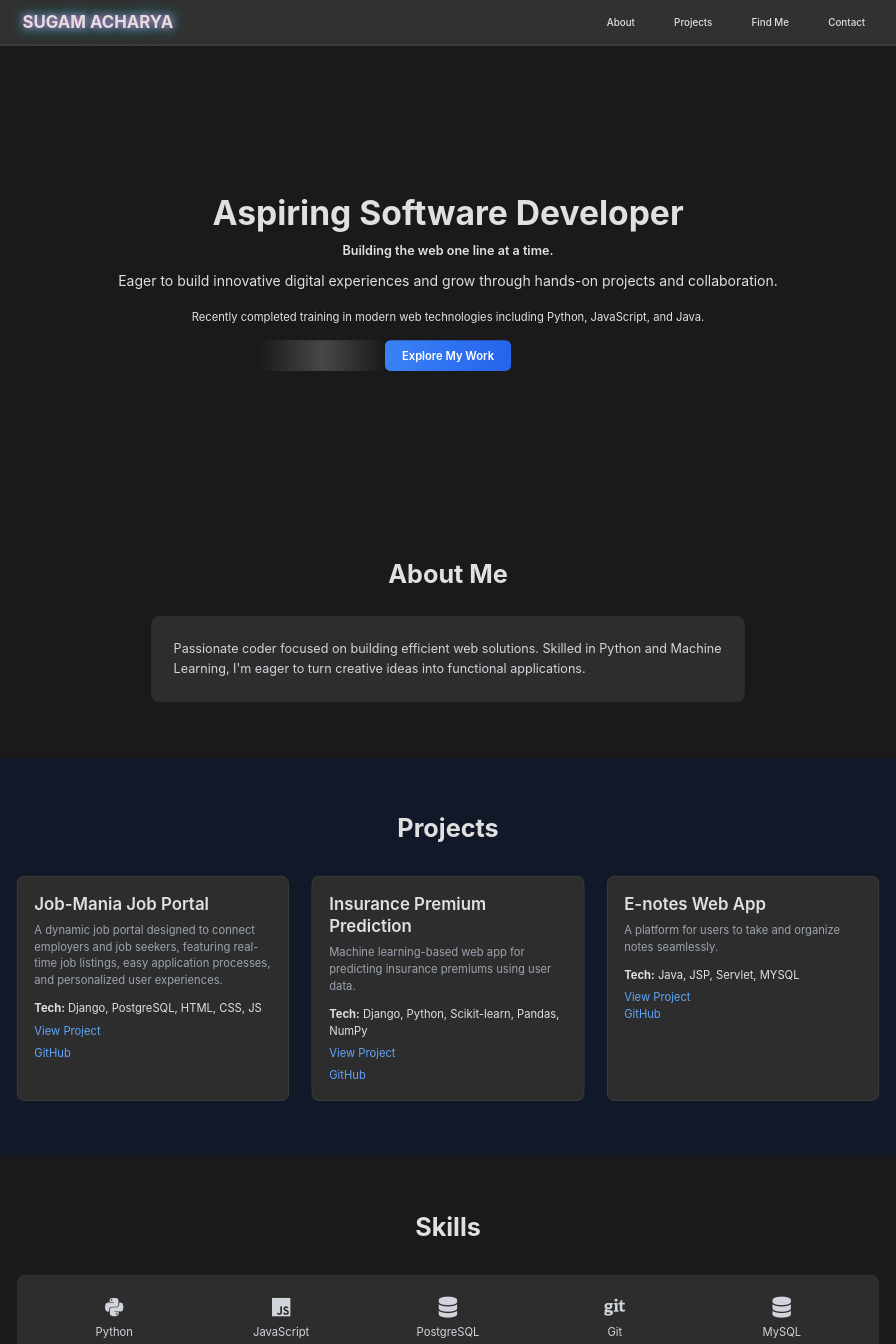
Repository: Sugaam0/Portfolio
Page: portfolio/home/templates/home/index.html
The author's editor kept a copy of each file at every save. The page is drawn from the files as they stood at one save, then again after the next save.
The browser window is 1280 px wide. The pictures show the part of the page from y = 0 to 1920 px (the page is 3234 px tall), at 70% of full size.
The template is drawn by Django 5.2. The application's start-up code is not run. Other server files are loaded and not shown. The template is opened directly, without the code that normally fills it, so the values that code supplies are empty.

Above is the page before, as saved 2025-05-09 17:53:24.

### portfolio/home/templates/home/index.html
{% load static %}
<!DOCTYPE html>
<html lang="en">
<head>
  <meta charset="UTF-8" />
  <meta name="viewport" content="width=device-width, initial-scale=1.0"/>
  <title>| Sugam Acharya |</title>
  <link href="https://cdn.jsdelivr.net/npm/tailwindcss@2.2.19/dist/tailwind.min.css" rel="stylesheet"/>
  <link rel="stylesheet" href="https://cdnjs.cloudflare.com/ajax/libs/font-awesome/6.0.0-beta3/css/all.min.css"/>
  <link rel="stylesheet" href="{% static 'css/style.css' %}">
</head>
<body class="antialiased scroll-smooth">

{% include 	"home/navbar.html" %}
<!-- Hero Section -->
<section id="home" class="min-h-screen flex items-center justify-center pt-20">
  <div class="container mx-auto px-6 text-center">
    <h1 class="text-5xl font-bold mb-4">Aspiring Software Developer</h1>
    <p class="text-lg text-accent mb-4">
      <span id="typed-text" class="font-semibold">Building the web one line at a time.</span>
    </p>
    <p class="text-xl text-secondary mb-6">
      Eager to build innovative digital experiences and grow through hands-on projects and collaboration.
    </p>
    <p class="text-md text-secondary mb-8">
      Recently completed training in modern web technologies including Python, JavaScript, and Java.
    </p>
    <a href="#projects" class="btn-accent px-6 py-3 rounded-lg font-semibold">Explore My Work</a>
  </div>
</section>

<!-- About Section -->
<section id="about" class="py-20">
  <div class="container mx-auto px-6 max-w-4xl">
    <h2 class="text-4xl font-bold text-center mb-10">About Me</h2>
    <div class="section-bg p-8">
      <p class="text-lg leading-relaxed text-gray-300">
        Passionate coder focused on building efficient web solutions. Skilled in Python and Machine Learning, I'm eager to turn creative ideas into functional applications.
      </p>
    </div>
  </div>
</section>

<!-- Projects -->
<section id="projects" class="py-20 bg-gray-900">
    <div class="container mx-auto px-6">
      <h2 class="text-4xl font-bold text-center mb-12">Projects</h2>
      <div class="grid grid-cols-1 sm:grid-cols-2 lg:grid-cols-3 gap-8">
        <!-- Project Cards -->
        <div class="project-card section-bg p-6">
          <h3 class="text-2xl font-semibold mb-2">Job-Mania Job Portal</h3>
          <p class="text-gray-400 mb-4">A dynamic job portal designed to connect employers and job seekers, featuring real-time job listings, easy application processes, and personalized user experiences.</p>
          <p><strong>Tech:</strong> Django, PostgreSQL, HTML, CSS, JS</p>
          <a href="#" class="text-blue-400 hover:underline mt-2 inline-block">View Project</a><br>
          <a href="https://github.com/Sugaam0/JobMania-JobPortal" class="text-blue-400 hover:underline mt-2 inline-block" target="_blank">GitHub</a>
        </div>
        <div class="project-card section-bg p-6">
          <h3 class="text-2xl font-semibold mb-2">Insurance Premium Prediction</h3>
          <p class="text-gray-400 mb-4">Machine learning-based web app for predicting insurance premiums using user data.</p>
          <p><strong>Tech:</strong> Django, Python, Scikit-learn, Pandas, NumPy</p>
          <a href="#" class="text-blue-400 hover:underline mt-2 inline-block">View Project</a><br>
          <a href="https://github.com/Sugaam0/insurance-Premium-Prediction" class="text-blue-400 hover:underline mt-2 inline-block" target="_blank">GitHub</a>

        </div>
        <div class="project-card section-bg p-6">
            <h3 class="text-2xl font-semibold mb-2">E-notes Web App</h3>
            <p class="text-gray-400 mb-4">A platform for users to take and organize notes seamlessly.</p>
            <p><strong>Tech:</strong> Java, JSP, Servlet, MYSQL</p>
            <div class="mt-2">
                <a href="#" class="text-blue-400 hover:underline inline-block mr-4">View Project</a><br>
                <a href="https://github.com/Sugaam0/ProjectFinal-Online-Notepad" class="text-blue-400 hover:underline inline-block" target="_blank">GitHub</a>
            </div>
        </div>
      </div>
    </div>
  </section>


<!-- Skills -->
<section id="skills" class="py-20">
    <div class="container mx-auto px-6">
      <h2 class="text-4xl font-bold text-center mb-12">Skills</h2>
      <div class="section-bg p-8 grid grid-cols-2 md:grid-cols-5 gap-6 text-center text-gray-300">
        <div><i class="fab fa-python text-3xl mb-2 icon-hover"></i><p>Python</p></div>
        <div><i class="fab fa-js text-3xl mb-2 icon-hover"></i><p>JavaScript</p></div>
        <div><i class="fas fa-database text-3xl mb-2 icon-hover"></i><p>PostgreSQL</p></div>
        <div><i class="fab fa-git text-3xl mb-2 icon-hover"></i><p>Git</p></div>
        <div><i class="fas fa-database text-3xl mb-2 icon-hover"></i><p>MySQL</p></div>
        <div><i class="fas fa-chart-line text-3xl mb-2 icon-hover"></i><p>Data Science</p></div>
        <div><i class="fas fa-brain text-3xl mb-2 icon-hover"></i><p>Machine Learning</p></div>
        <div><i class="fab fa-python text-3xl mb-2 icon-hover"></i><p>Anaconda</p></div>
      </div>
    </div>
  </section>

  <section id="findme" class="py-20 bg-gray-800">
    <div class="container mx-auto px-6 text-center">
      <h2 class="text-4xl font-bold text-white mb-8">Find Me Online</h2>
      <p class="text-gray-400 text-lg mb-6">Let’s connect, collaborate, and grow together!</p>

      <div class="flex justify-center gap-6 text-3xl">
        <a href="https://github.com/Sugaam0" target="_blank" class="text-white hover:text-gray-400 transition-transform transform hover:scale-110">
          <i class="fab fa-github"></i>
        </a>
        <a href="https://www.linkedin.com/in/sugamacharya/" target="_blank" class="text-blue-500 hover:text-blue-300 transition-transform transform hover:scale-110">
          <i class="fab fa-linkedin"></i>
        </a>
        <a href="https://twitter.com/your_twitter" target="_blank" class="text-blue-400 hover:text-blue-200 transition-transform transform hover:scale-110">
          <i class="fab fa-twitter"></i>
        </a>
      </div>
    </div>
  </section>


<!-- Contact Section -->
<section id="contact" class="py-20 bg-gray-900">
  <div class="container mx-auto px-6">
    <h2 class="text-4xl font-bold text-center mb-12">Let's Connect</h2>
    <div class="contact-form p-8 max-w-lg mx-auto rounded-xl">
      <form action="{% url 'contact' %}" method="POST">
        {% csrf_token %}
        <div class="mb-6 relative">
          <input type="text" id="name" name="name" class="form-input w-full p-3 rounded-lg peer" placeholder=" " required>
          <label for="name" class="form-label absolute left-2 top-2 text-secondary">Your Name</label>
        </div>
        <div class="mb-6 relative">
          <input type="email" id="email" name="email" class="form-input w-full p-3 rounded-lg peer" placeholder=" " required>
          <label for="email" class="form-label absolute left-2 top-2 text-secondary">Your Email</label>
        </div>
        <div class="mb-6 relative">
          <textarea id="message" name="message" rows="5" class="form-input w-full p-3 rounded-lg peer" placeholder=" " required></textarea>
          <label for="message" class="form-label absolute left-3 top-2 text-secondary">Your Message</label>
        </div>
        <button type="submit" class="btn-accent w-full py-3 rounded-lg font-semibold flex items-center justify-center gap-2">
          <i class="fas fa-paper-plane"></i> Send Message
        </button>
      </form>
    </div>
  </div>
</section>

<!-- Find Me Section -->


<!-- Footer -->
{% include "home/footer.html" %}
</body>
</html>

### portfolio/home/templates/home/navbar.html
<!-- Navbar -->
{% comment %} <nav class="navbar fixed top-0 w-full z-50">
    <div class="container mx-auto px-6 py-5 flex justify-between items-center">
      <a href="{% url 'index' %}" class="logo text-white">Sugam Acharya</a>
      <div class="space-x-6 text-sm font-medium">
        <a href="#about" class="nav-link">About</a>
        <a href="#projects" class="nav-link">Projects</a>
        <a href="#skills" class="nav-link">Skills</a>
        <a href="#findme" class="nav-link">Find me</a>
        <a href="#contact" class="nav-link">Contact</a>

      </div>
    </div>
  </nav> {% endcomment %}
  <nav class="glass-nav fixed top-0 w-full z-50">
        <div class="max-w-7xl mx-auto px-4 sm:px-6 lg:px-8">
            <div class="flex justify-between items-center h-16">
                <!-- Logo -->
                <div class="flex-shrink-0">
                    <a href="{% url 'index' %}" class="text-2xl font-bold neon-text">SUGAM ACHARYA</a>
                </div>

                <!-- Menu Items -->
                <div class="hidden md:flex space-x-8">
                    <a href="#about" class="nav-item px-3 py-2 text-sm font-medium hover:text-pink-400">About</a>
                    <a href="#projects" class="nav-item px-3 py-2 text-sm font-medium hover:text-pink-400">Projects</a>
                    <a href="#findme" class="nav-item px-3 py-2 text-sm font-medium hover:text-pink-400">Find Me</a>
                    <a href="#contact" class="nav-item px-3 py-2 text-sm font-medium hover:text-pink-400">Contact</a>
                </div>
                <!-- Mobile Menu Button -->
                <div class="md:hidden">
                    <button id="mobile-menu-btn" class="p-2 rounded-md focus:outline-none">
                        <svg class="h-6 w-6" fill="none" stroke="currentColor" viewBox="0 0 24 24">
                            <path stroke-linecap="round" stroke-linejoin="round" stroke-width="2" d="M4 6h16M4 12h16m-7 6h7" />
                        </svg>
                    </button>
                </div>
            </div>
        </div>

        <!-- Mobile Menu -->
        <div id="mobile-menu" class="hidden md:hidden bg-gray-800">
            <div class="px-2 pt-2 pb-3 space-y-1 sm:px-3">
                <a href="#" class="block px-3 py-2 text-base font-medium hover:bg-gray-700">Home</a>
                <a href="#" class="block px-3 py-2 text-base font-medium hover:bg-gray-700">About</a>
                <a href="#" class="block px-3 py-2 text-base font-medium hover:bg-gray-700">Services</a>
                <a href="#" class="block px-3 py-2 text-base font-medium hover:bg-gray-700">Contact</a>
                <a href="#" class="block px-3 py-2 text-base font-medium text-white bg-gradient-to-r from-pink-500 to-cyan-500 rounded-md">Get Started</a>
            </div>
        </div>
    </nav>

### portfolio/home/templates/home/footer.html
<footer class="bg-gray-800 py-6">
    <div class="container mx-auto px-6 text-center text-gray-400">
      <p>© 2025 Sugam Acharya. All rights reserved.</p>
      <div class="flex justify-center space-x-6 mt-4">
        <a href="https://github.com/Sugaam0" class="icon-hover" target="_blank"><i class="fab fa-github text-2xl"></i></a>
        <a href="https://www.linkedin.com/in/sugam-acharya-b1059a23b/" class="icon-hover" target="_blank"><i class="fab fa-linkedin text-2xl"></i></a>
        <a href="https://x.com/gaam_su" class="icon-hover" target="_blank"><i class="fab fa-twitter text-2xl"></i></a>
      </div>
    </div>
  </footer>

### portfolio/home/static/css/style.css
@import url('https://fonts.googleapis.com/css2?family=Poppins:wght@300;400;500;600&display=swap');

:root {
    --bg-primary: #1a1a1a;
    --bg-secondary: #2d2d2d;
    --text-primary: #e0e0e0;
    --text-secondary: #a0a0a0;
    --accent: #3b82f6;
    --accent-dark: #2563eb;
  }


  body {
    background-color: var(--bg-primary);
    color: var(--text-primary);
    font-family: 'Inter', sans-serif;
  }
  .glass-nav {
            background: rgba(255, 255, 255, 0.1);
            backdrop-filter: blur(10px);
            border-bottom: 1px solid rgba(255, 255, 255, 0.2);
        }

        .nav-item {
            position: relative;
            transition: all 0.3s ease;
        }

        .nav-item:hover::after {
            content: '';
            position: absolute;
            bottom: -2px;
            left: 0;
            width: 100%;
            height: 2px;
            background: linear-gradient(90deg, #ff6bcb, #00f4ff);
            animation: glow 1.5s infinite;
        }

        @keyframes glow {
            0% { box-shadow: 0 0 5px #ff6bcb; }
            50% { box-shadow: 0 0 20px #00f4ff; }
            100% { box-shadow: 0 0 5px #ff6bcb; }
        }

        /* Particle animation background */
        #particles {
            position: fixed;
            top: 0;
            left: 0;
            width: 100%;
            height: 100%;
            z-index: -1;
            background: linear-gradient(135deg, #1a1a3d, #2a2a6d);
        }

        /* Custom hover effects for dropdown */
        .dropdown-content {
            transform: translateY(-10px);
            opacity: 0;
            transition: all 0.3s ease;
        }

        .dropdown:hover .dropdown-content {
            transform: translateY(0);
            opacity: 1;
        }

        /* Neon glow effect */
        .neon-text {
            text-shadow: 0 0 10px #ff6bcb, 0 0 20px #00f4ff;
        }


   /* .navbar {
    background: linear-gradient(to bottom, var(--bg-secondary), rgba(45, 45, 45, 0.95));
    backdrop-filter: blur(8px);
    box-shadow: 0 2px 5px rgba(0, 0, 0, 0.3);
  }

  .nav-link {
    position: relative;
    padding-bottom: 0.25rem;
    transition: color 0.3s ease;
  }

  .nav-link::after {
    content: '';
    position: absolute;
    width: 0;
    height: 2px;
    bottom: 0;
    left: 0;
    background-color: var(--accent);
    transition: width 0.3s ease;
  }

  .nav-link:hover::after {
    width: 100%;
  }

  .nav-link:hover {
    color: var(--accent);
  } */

  .logo {
    font-size: 1.75rem;
    font-weight: 800;
    letter-spacing: 0.05em;
    transition: transform 0.3s ease, color 0.3s ease;
  }

  .logo:hover {
    transform: scale(1.05);
    color: var(--accent);
  }

  .section-bg {
    background-color: var(--bg-secondary);
    border-radius: 0.75rem;
    transition: background-color 0.3s ease;
  }

  .section-bg:hover {
    background-color: #353535;
  }

  .btn-accent {
    background: linear-gradient(to right, var(--accent), var(--accent-dark));
    color: white;
    position: relative;
    overflow: hidden;
    transition: background 0.3s ease;
  }

  .btn-accent::before {
    content: '';
    position: absolute;
    top: 0;
    left: -100%;
    width: 100%;
    height: 100%;
    background: linear-gradient(90deg, transparent, rgba(255, 255, 255, 0.2), transparent);
    transition: 0.5s;
  }

  .btn-accent:hover::before {
    left: 100%;
  }

  .btn-accent:hover {
    background: linear-gradient(to right, var(--accent-dark), var(--accent));
  }

  .project-card {
    transition: transform 0.3s ease, box-shadow 0.3s ease, border-color 0.3s ease;
    border: 1px solid rgba(255, 255, 255, 0.1);
  }

  .project-card:hover {
    transform: translateY(-6px);
    box-shadow: 0 6px 25px rgba(0, 0, 0, 0.6);
    border-color: var(--accent);
  }

  .icon-hover {
    transition: transform 0.3s ease, color 0.3s ease;
  }

  .icon-hover:hover {
    transform: scale(1.2);
    color: var(--accent);
  }

  /* Enhanced Contact Form Styles */
      .contact-form {
          background: linear-gradient(145deg, var(--bg-secondary), #252525);
          border: 1px solid rgba(59, 130, 246, 0.3);
          box-shadow: 0 4px 15px rgba(0, 0, 0, 0.5);
          position: relative;
          overflow: hidden;
      }

      .contact-form::before {
          content: '';
          position: absolute;
          top: 0;
          left: 0;
          width: 100%;
          height: 100%;
          background: radial-gradient(circle at 10% 20%, rgba(59, 130, 246, 0.2) 0%, transparent 50%);
          pointer-events: none;
      }

      .form-input {
          background-color: #1f1f1f;
          border: 1px solid rgba(255, 255, 255, 0.1);
          transition: border-color 0.3s ease, box-shadow 0.3s ease;
      }

      .form-input:focus {
          border-color: var(--accent);
          box-shadow: 0 0 8px rgba(59, 130, 246, 0.3);
          outline: none;
      }

      .form-label {
          transition: color 0.3s ease;
      }

      .form-input:focus + .form-label,
      .form-input:not(:placeholder-shown) + .form-label {
          color: var(--accent);
          transform: translateY(-1.5rem);
          font-size: 0.8rem;
      }

      ::selection {
          background: var(--accent);
          color: white;
      }

After the next save:
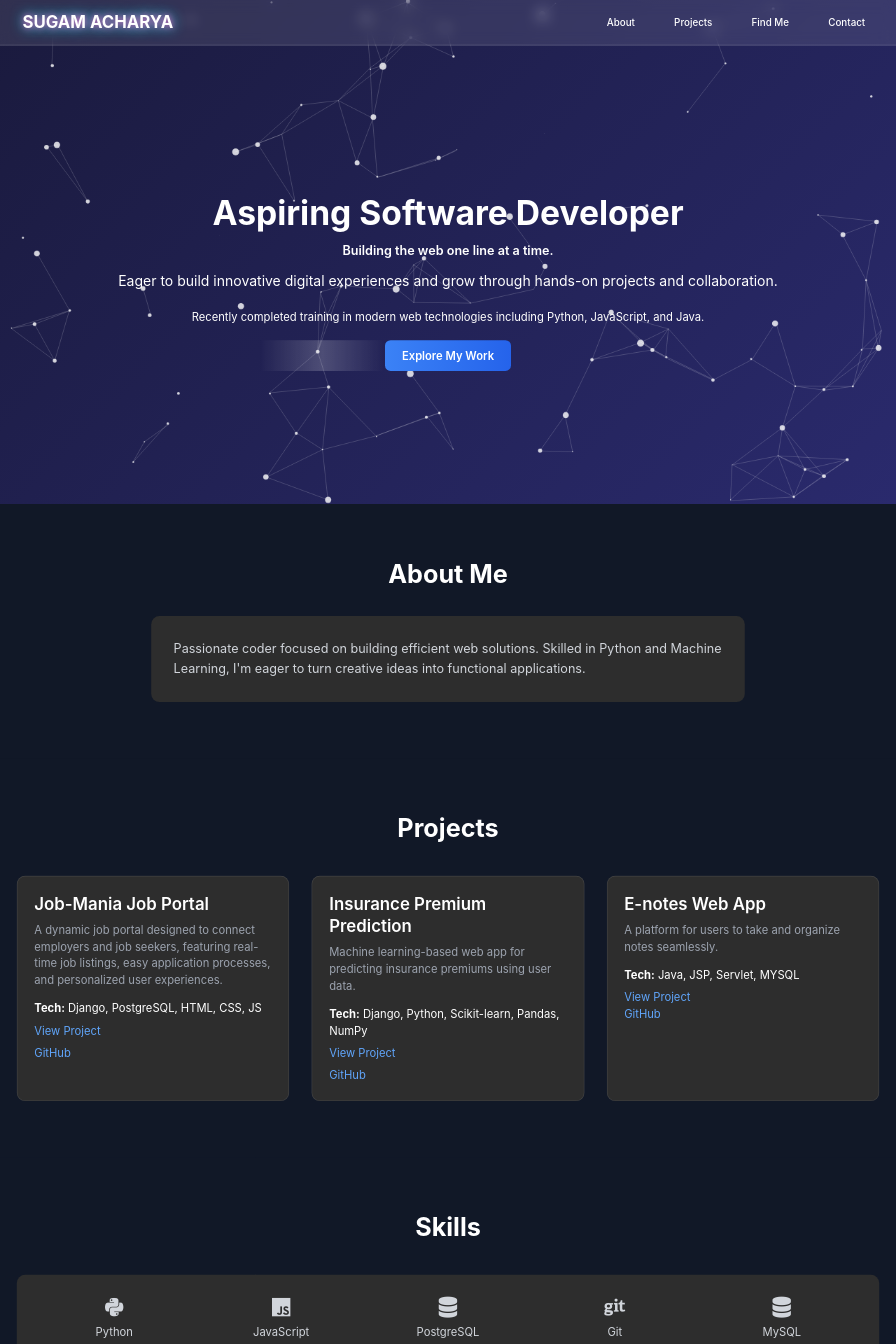
Saved 94 s later.
--- a/portfolio/home/templates/home/index.html
+++ b/portfolio/home/templates/home/index.html
@@ -9,8 +9,9 @@
   <link rel="stylesheet" href="https://cdnjs.cloudflare.com/ajax/libs/font-awesome/6.0.0-beta3/css/all.min.css"/>
   <link rel="stylesheet" href="{% static 'css/style.css' %}">
 </head>
-<body class="antialiased scroll-smooth">
-
+{% comment %} <body class="antialiased scroll-smooth"> {% endcomment %}
+<body class="bg-gray-900 text-white">
+  <canvas id="particles"></canvas>
 {% include 	"home/navbar.html" %}
 <!-- Hero Section -->
 <section id="home" class="min-h-screen flex items-center justify-center pt-20">
@@ -146,4 +147,94 @@
 <!-- Footer -->
 {% include "home/footer.html" %}
 </body>
+
+<script>
+        // Particle animation
+        const canvas = document.getElementById('particles');
+        const ctx = canvas.getContext('2d');
+        canvas.width = window.innerWidth;
+        canvas.height = window.innerHeight;
+
+        let particlesArray = [];
+        const numberOfParticles = 100;
+
+        class Particle {
+            constructor() {
+                this.x = Math.random() * canvas.width;
+                this.y = Math.random() * canvas.height;
+                this.size = Math.random() * 5 + 1;
+                this.speedX = Math.random() * 3 - 1.5;
+                this.speedY = Math.random() * 3 - 1.5;
+            }
+
+            update() {
+                this.x += this.speedX;
+                this.y += this.speedY;
+
+                if (this.size > 0.2) this.size -= 0.1;
+
+                if (this.x < 0 || this.x > canvas.width) this.speedX *= -1;
+                if (this.y < 0 || this.y > canvas.height) this.speedY *= -1;
+            }
+
+            draw() {
+                ctx.fillStyle = 'rgba(255, 255, 255, 0.8)';
+                ctx.beginPath();
+                ctx.arc(this.x, this.y, this.size, 0, Math.PI * 2);
+                ctx.fill();
+            }
+        }
+
+        function init() {
+            for (let i = 0; i < numberOfParticles; i++) {
+                particlesArray.push(new Particle());
+            }
+        }
+
+        function animate() {
+            ctx.clearRect(0, 0, canvas.width, canvas.height);
+            for (let i = 0; i < particlesArray.length; i++) {
+                particlesArray[i].update();
+                particlesArray[i].draw();
+
+                for (let j = i; j < particlesArray.length; j++) {
+                    const dx = particlesArray[i].x - particlesArray[j].x;
+                    const dy = particlesArray[i].y - particlesArray[j].y;
+                    const distance = Math.sqrt(dx * dx + dy * dy);
+
+                    if (distance < 100) {
+                        ctx.beginPath();
+                        ctx.strokeStyle = 'rgba(255, 255, 255, 0.2)';
+                        ctx.lineWidth = 1;
+                        ctx.moveTo(particlesArray[i].x, particlesArray[i].y);
+                        ctx.lineTo(particlesArray[j].x, particlesArray[j].y);
+                        ctx.stroke();
+                    }
+                }
+
+                if (particlesArray[i].size <= 0.2) {
+                    particlesArray.splice(i, 1);
+                    i--;
+                    particlesArray.push(new Particle());
+                }
+            }
+            requestAnimationFrame(animate);
+        }
+
+        init();
+        animate();
+
+        window.addEventListener('resize', () => {
+            canvas.width = window.innerWidth;
+            canvas.height = window.innerHeight;
+        });
+
+        // Mobile menu toggle
+        const mobileMenuBtn = document.getElementById('mobile-menu-btn');
+        const mobileMenu = document.getElementById('mobile-menu');
+
+        mobileMenuBtn.addEventListener('click', () => {
+            mobileMenu.classList.toggle('hidden');
+        });
+    </script>
 </html>
